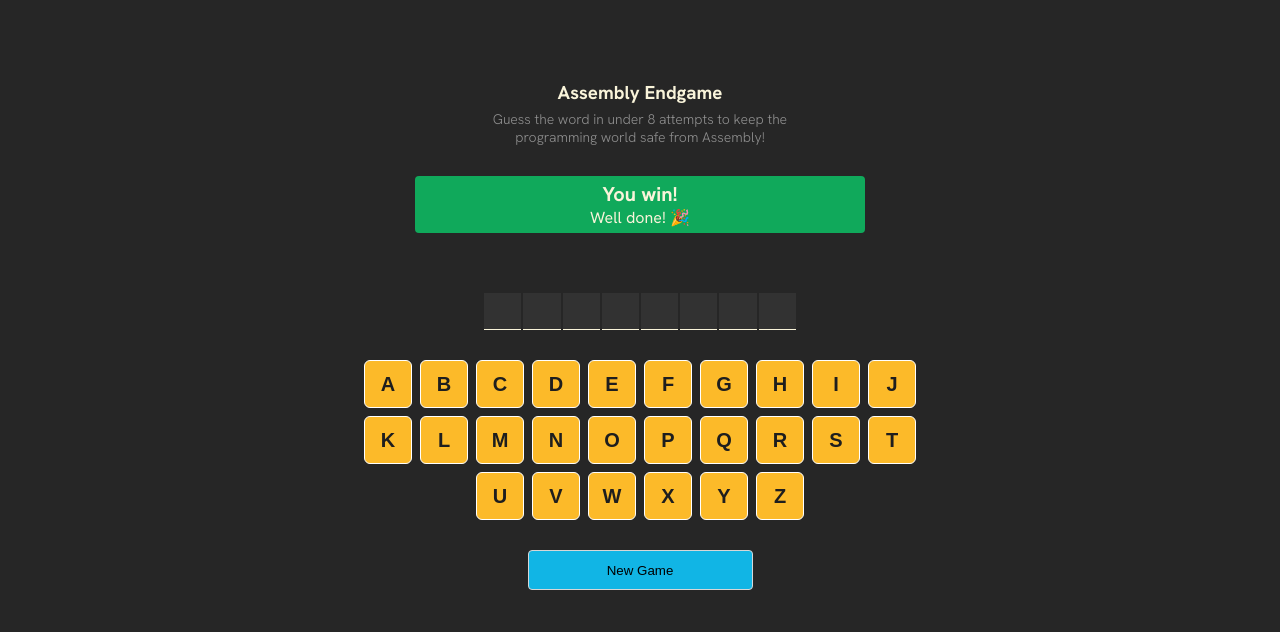
Repository: AchrafAzzaoui/AssemblyEndgame
Page: / (app in assembly-endgame/)
These files come from the project's save history. The page is drawn as it stood at one moment and after the next save; the edit follows.
The browser window is 1280 px wide. The pictures show the whole page.
The project was rebuilt for these pictures with package versions that can differ from the ones it lists, and the page was loaded fresh each time. Also part of the build but not shown: assembly-endgame/vite.config.js.

Above is the page before, as saved 2024-12-25 16:55:54.

### assembly-endgame/index.html
<!DOCTYPE html>
<html lang="en">
  <head>
    <meta charset="UTF-8" />
    <link rel="icon" type="image/svg+xml" href="/vite.svg" />
    <meta name="viewport" content="width=device-width, initial-scale=1.0" />
    <link
      href="https://fonts.googleapis.com/css2?family=Hanken+Grotesk:wght@300;400;500;600;700&display=swap"
      rel="stylesheet"
    />
    <title>Assembly Endgame</title>
  </head>
  <body>
    <div id="root"></div>
    <script type="module" src="/src/main.jsx"></script>
  </body>
</html>

### assembly-endgame/src/index.css
* {
  margin: 0;
  padding: 0;
  box-sizing: border-box;
}
body {
  font-family: "Hanken Grotesk", sans-serif;
  background-color: #262626;
  color: #d9d9d9;
  padding: 80px 40px;
  height: 100vh;
  display: flex;
  justify-content: center;
}

header {
  text-align: center;
}

.game-title {
  color: #f9f4da;
}
.game-description {
  margin-top: 5px;
  font-weight: 300;
  color: #8e8e8e;
  font-size: 0.875rem;
  max-width: 350px;
}
.game-description,
.game-title {
  text-align: center;
}

/* status */
.game-status {
  width: 100%;
  max-width: 450px;
  background-color: #10a95b;
  color: #f9f4da;
  display: flex;
  flex-direction: column;
  justify-content: space-evenly;
  align-items: center;
  padding: 5px 20px;
  margin: 20px 0;
  border-radius: 4px;
  margin-block: 30px;
}

.game-status h2 {
  font-size: 1.25rem;
  /* margin: 5px; */
}

/* language tags */
.language-tags-container {
  display: flex;
  justify-content: center;
  flex-wrap: wrap;
  gap: 2px;
  max-width: 350px;
}

.language-tag {
  padding: 0.25rem 0.5rem;
  border-radius: 2px;
}

main {
  width: 100%;
  max-width: 600px;
  display: flex;
  flex-direction: column;
  align-items: center;
}

/* letter tiles and word container*/

.word-display {
  width: 100%;
  max-width: 350px;
  display: flex;
  gap: 2px;
  justify-content: center;
  align-items: center;
  margin-top: 30px;
}

.letter-tile {
  background-color: #323232;
  color: #fff;
  padding: 0rem 1rem;
  border-bottom: 1px solid #f9f4da;
  min-width: 2rem;
  text-align: center;
  font-size: 1.25rem;
  aspect-ratio: 1/1;
}

/* keyboard and letter buttons */
.keyboard {
  display: flex;
  flex-wrap: wrap;
  justify-content: center;
  gap: 8px;
  margin-top: 30px;
}

.letter-button {
  background-color: #fcba29;
  color: #1e1e1e;
  padding: 0rem;
  border: 0.5px solid white;
  min-width: 3rem;
  text-align: center;
  font-size: 1rem;
  aspect-ratio: 1/1;
  border-radius: 6px;
  font-weight: 600;
  font-size: 1.25rem;
  line-height: 1.5rem;
  cursor: pointer;
}

/* New game button */

.new-game-button {
  background-color: #11b5e5;
  border: 1px solid #d7d7d7;
  border-radius: 4px;
  width: 225px;
  height: 40px;
  padding: 6px 12px;
  display: block;
  margin-top: 30px;
  cursor: pointer;
}

### assembly-endgame/src/App.jsx
import { useState } from "react";
import Status from "./components/Status.jsx";
import LanguageTags from "./components/LanguageTags.jsx";
import WordDisplay from "./components/WordDisplay.jsx";
import Keyboard from "./components/Keyboard.jsx";
import NewGameButton from "./components/NewGameButton.jsx";

export default function App() {
  const [correctWord, setCorrectWord] = useState("REFACTOR");
  const [guessedLetters, setGuessedLetters] = useState([]);

  function addGuessedLetter(letter) {
    setGuessedLetters((prevGussedLetters) => {
      const prevLetters = new Set(prevGussedLetters);
      prevLetters.add(letter);
      return Array.from(prevLetters);
    });
  }
  return (
    <main>
      <header>
        <h3 className="game-title">Assembly Endgame</h3>
        <p className="game-description">
          Guess the word in under 8 attempts to keep the programming world safe
          from Assembly!
        </p>
      </header>
      <Status />
      <LanguageTags />
      <WordDisplay
        correctWord={correctWord}
        guessedLetters={guessedLetters}
        addGuessedLetter={addGuessedLetter}
      />
      <Keyboard
        guessedLetters={guessedLetters}
        addGuessedLetter={addGuessedLetter}
      />
      <NewGameButton />
    </main>
  );
}

### assembly-endgame/src/components/Status.jsx
import { useState } from "react";

export default function Status() {
  return (
    <div className="game-status">
      <h2>You win!</h2>
      <p>Well done! 🎉</p>
    </div>
  );
}

### assembly-endgame/src/components/LanguageTags.jsx
import { useState } from "react";
import { languages } from "../data/languages.js";

export default function LanguageTags() {
  const languageTags = languages.map((language) => {
    const { name, backgroundColor, color } = language;
    <div
      className="language-tag"
      style={{ backgroundColor: backgroundColor, color: color }}
    >
      <h5>{name}</h5>
    </div>;
  });
  return <div className="language-tags-container">{languageTags}</div>;
}

### assembly-endgame/src/components/WordDisplay.jsx
import { useState } from "react";

export default function WordDisplay({ guessedLetters, correctWord }) {
  const letterTiles = correctWord.split("").map((letter, index) => {
    return (
      <span className="letter-tile" key={index}>
        {guessedLetters.includes(letter.toUpperCase())
          ? letter.toUpperCase()
          : "\u00A0"}
      </span>
    );
  });
  return <div className="word-display">{letterTiles}</div>;
}

### assembly-endgame/src/components/Keyboard.jsx
export default function Keyboard({ guessedLetters, addGuessedLetter }) {
  const letters = "ABCDEFGHIJKLMNOPQRSTUVWXYZ".split("");
  const letterButtons = letters.map((letter) => {
    return (
      <button
        key={letter}
        value={letter}
        onClick={(event) => addGuessedLetter(event.currentTarget.value)}
        className="letter-button"
      >
        {letter}
      </button>
    );
  });
  return <div className="keyboard">{letterButtons}</div>;
}

### assembly-endgame/src/components/NewGameButton.jsx
export default function NewGameButton() {
  return <button className="new-game-button">New Game</button>;
}

### assembly-endgame/src/data/languages.js
export const languages = [
  {
    name: "Java",
    backgroundColor: "#E2680F",
    color: "#F9F4DA",
  },
  {
    name: "C++",
    backgroundColor: "#328AF1",
    color: "#F9F4DA",
  },
  {
    name: "JavaScript",
    backgroundColor: "#F4EB13",
    color: "#1E1E1E",
  },
  {
    name: "Go",
    backgroundColor: "#2ED3E9",
    color: "#1E1E1E",
  },
  {
    name: "TypeScript",
    backgroundColor: "#298EC6",
    color: "#F9F4DA",
  },
  {
    name: "Julia",
    backgroundColor: "#599137",
    color: "#F9F4DA",
  },
  {
    name: "Python",
    backgroundColor: "#FFD742",
    color: "#1E1E1E",
  },
  {
    name: "Ruby",
    backgroundColor: "#D02B2B",
    color: "#F9F4DA",
  },
  {
    name: "Assembly",
    backgroundColor: "#2D519F",
    color: "#F9F4DA",
  },
];

Loaded but not shown: assembly-endgame/src/main.jsx (common file)

After the next save:
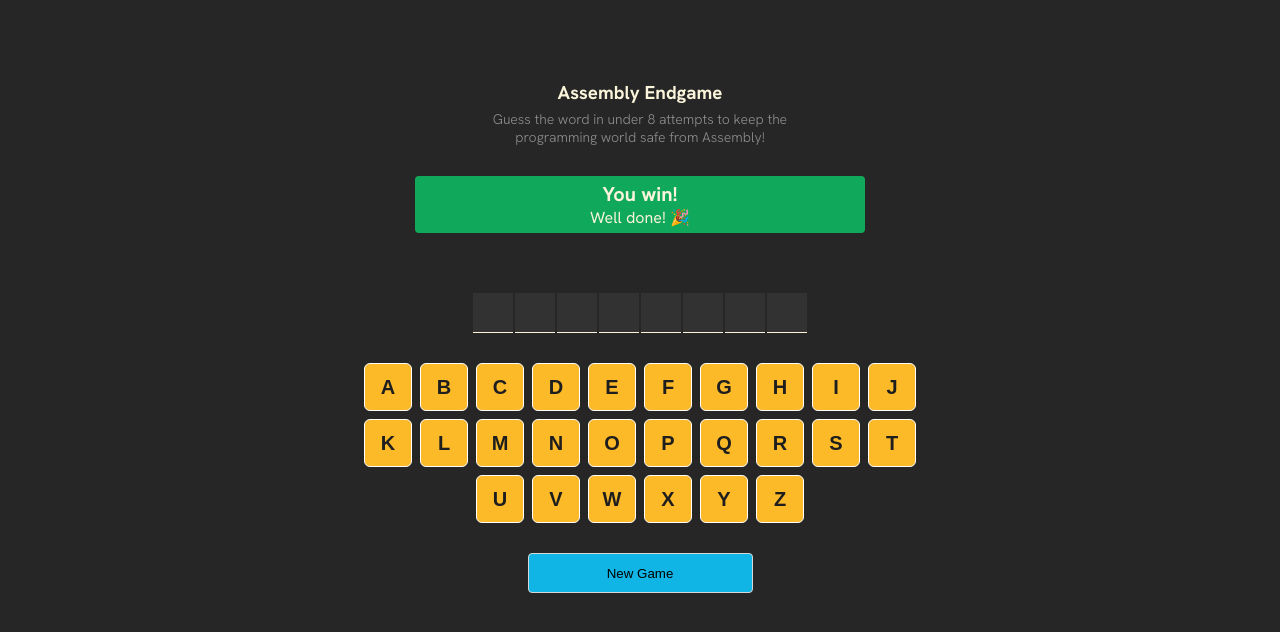
Saved 67 s later.
--- a/assembly-endgame/src/index.css
+++ b/assembly-endgame/src/index.css
@@ -90,12 +90,13 @@
 .letter-tile {
   background-color: #323232;
   color: #fff;
-  padding: 0rem 1rem;
+  width: min(2.5rem, 8vw); /* responsive width */
+  aspect-ratio: 1; /* maintain square shape */
   border-bottom: 1px solid #f9f4da;
-  min-width: 2rem;
-  text-align: center;
-  font-size: 1.25rem;
-  aspect-ratio: 1/1;
+  display: flex;
+  justify-content: center;
+  align-items: center;
+  font-size: clamp(1rem, 4vw, 1.25rem); /* responsive font size */
 }
 
 /* keyboard and letter buttons */
